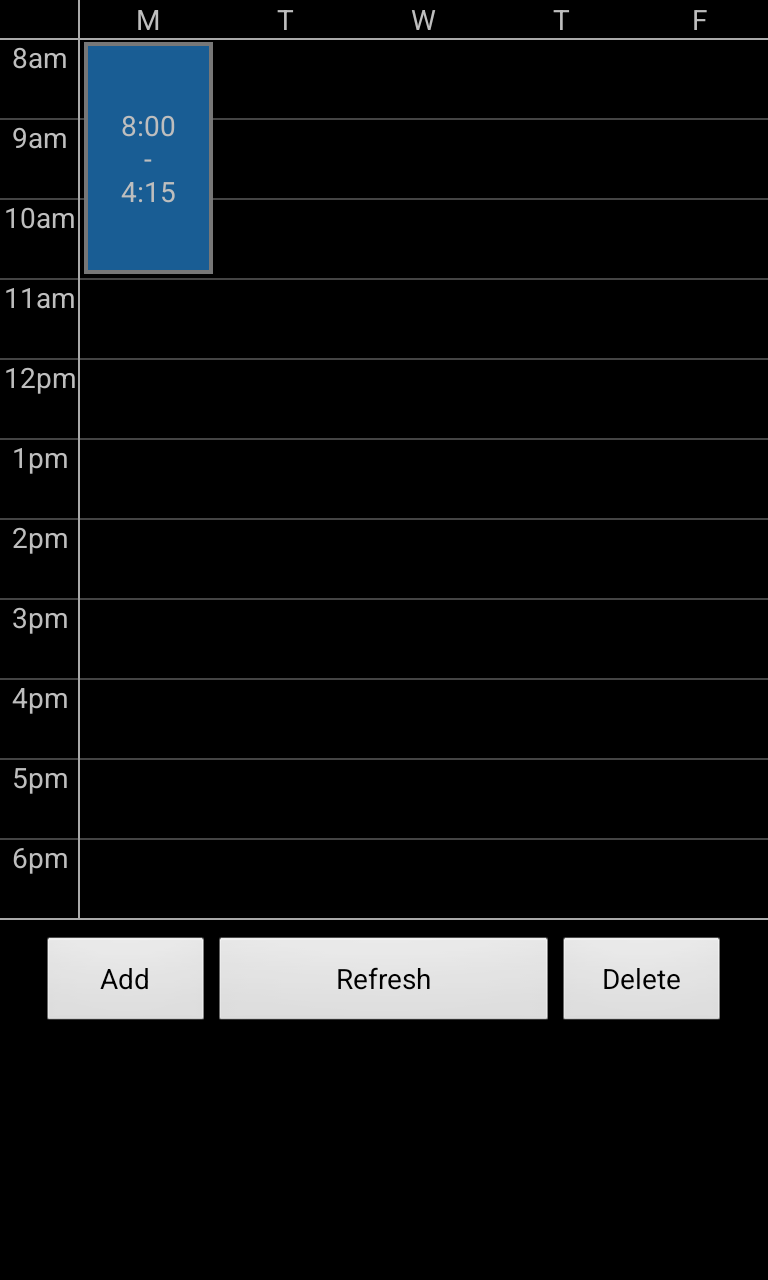
Repository: appsfactory/OfficeHours
Layout: OfficeHoursClient/res/layout/activity_schedule_view.xml
The author's editor kept a copy of each file at every save. The layout is drawn from the files as they stood at one save, then again after the next save.
It is drawn on a 768 x 1280 px phone screen (xhdpi) without system bars, with theme AppTheme; the app's code is not run.

Above is the layout before, as saved 2012-09-27 18:05:53.

After the next save:
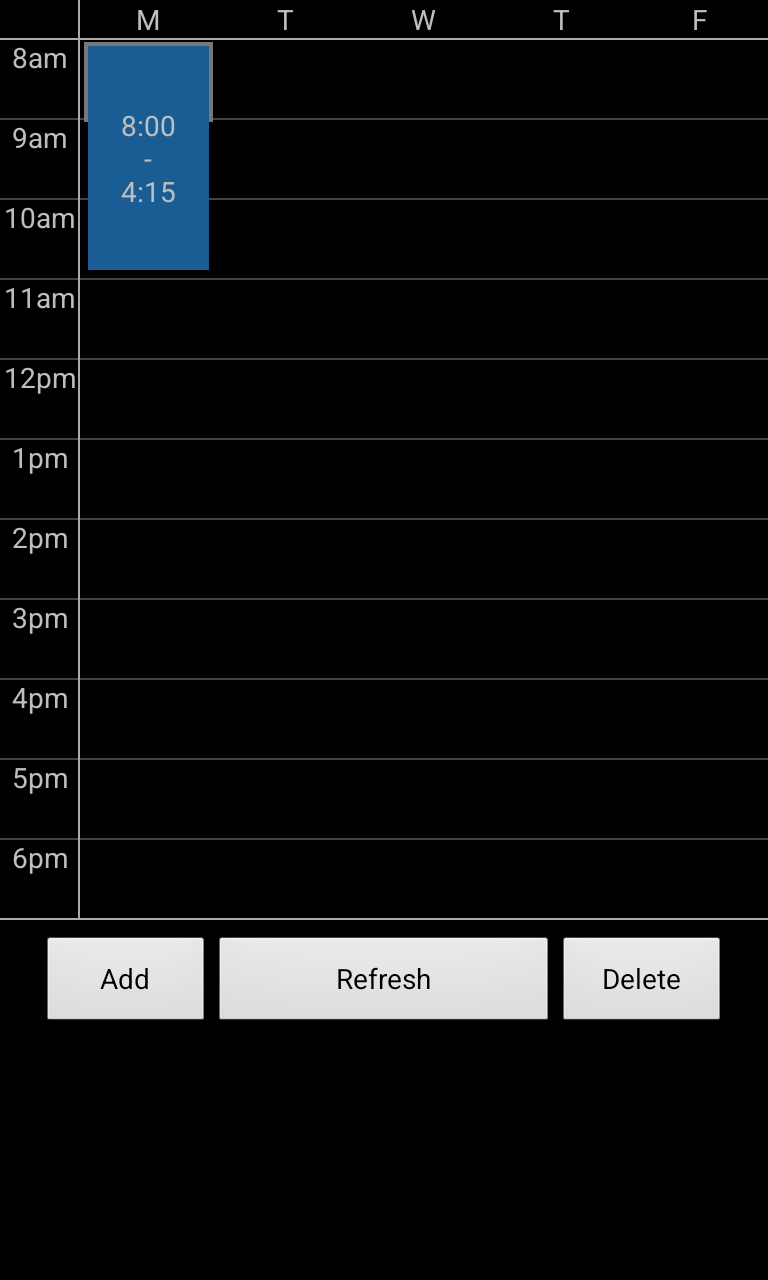
Saved 15 s later.
--- a/OfficeHoursClient/res/layout/activity_schedule_view.xml
+++ b/OfficeHoursClient/res/layout/activity_schedule_view.xml
@@ -237,7 +237,7 @@
                             android:layout_height="match_parent"
                             android:layout_weight="1" >
 
-							<View android:background="#777" android:layout_width = "fill_parent" android:layout_height="116dp" android:layout_margin="2dp" />
+							<View android:background="#777" android:layout_width = "fill_parent" android:layout_height="40dp" android:layout_margin="2dp" />
 
 							<TextView
 							    android:layout_width="fill_parent"
